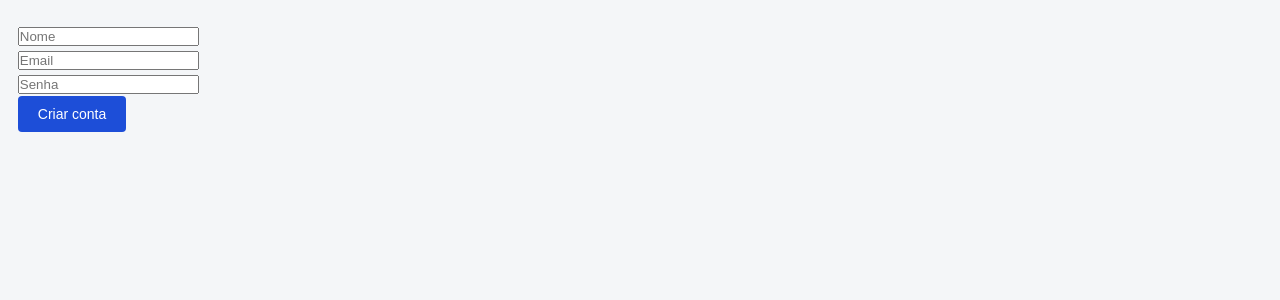
Repository: juvencio009/infratech-web
Page: register.html
These files come from the project's save history. The page is drawn as it stood at one moment and after a run of saves; the edit follows.
The browser window is 1280 px wide. The pictures show the whole page.

Above is the page before, as saved 2025-12-18 14:55:32.

After the next 4 saves:
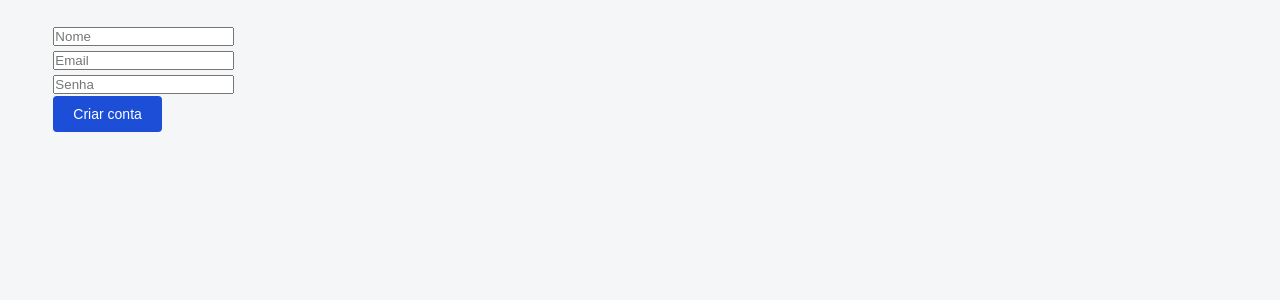
The 4 saves are shown as one change because they came seconds apart.
The last was saved 23 s later.
--- a/register.html
+++ b/register.html
@@ -7,13 +7,12 @@
     <link rel="stylesheet" href="css/style.css">
 </head>
 <body>
-    <form id="registerForm">
+    <form id="registerForm" style="">
         <pre>
-
-    <input type="text" id="name" placeholder="Nome" required />
-    <input type="email" id="email" placeholder="Email" required />
-    <input type="password" id="password" placeholder="Senha" required />
-    <button>Criar conta</button>
+            <input type="text" id="name" placeholder="Nome" required />
+            <input type="email" id="email" placeholder="Email" required />
+            <input type="password" id="password" placeholder="Senha" required />
+            <button>Criar conta</button>
         </pre>
     </form>
     <script src="src/main.js"></script>
